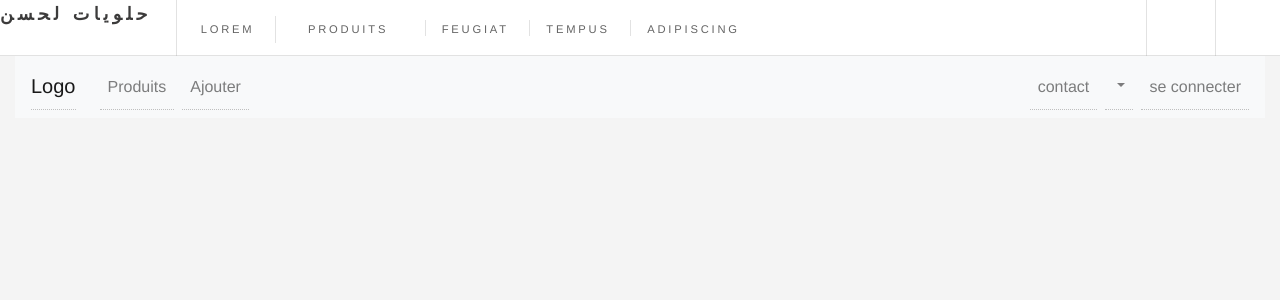
Repository: bouachibah/ProjetPatisserie
Page: http://localhost/template
An editor plug-in stored every save of this project. The page is shown before and after the next save, followed by the edit.
The browser window is 1280 px wide. The pictures show the whole page.
Some web libraries are served in a nearby version. The page is this project's Thymeleaf template; nobody is signed in. The template is opened directly, without the code that normally fills it, so the values that code supplies are empty.

Above is the page before, as saved 2021-03-16 08:03:49.
Console error: TypeError: Cannot read properties of undefined (reading 'fn')

### patesserie-app/src/main/resources/templates/template.html
<!DOCTYPE html>
<html xmlns:th="http://www.thymeleaf.org"
	xmlns:layout="http://www.ultraq.net.nz/thymeleaf/layout"
	xmlns:sec="https://www.thymeleaf.org/thymeleaf-extras-springsecurity5">
<head>
<meta charset="utf-8" />
<title>Insert title here</title>

<link
	href="//maxcdn.bootstrapcdn.com/bootstrap/4.1.1/css/bootstrap.min.css"
	rel="stylesheet" id="bootstrap-css">
<script
	src="//maxcdn.bootstrapcdn.com/bootstrap/4.1.1/js/bootstrap.min.js"></script>
<script
	src="//cdnjs.cloudflare.com/ajax/libs/jquery/3.2.1/jquery.min.js"></script>
<script
	src="//maxcdn.bootstrapcdn.com/bootstrap/4.1.1/js/bootstrap.min.js"></script>
<link href="https://fonts.googleapis.com/icon?family=Material+Icons"
	rel="stylesheet">
<script src='https://kit.fontawesome.com/a076d05399.js'></script>

<link href="../static/style.css" rel="stylesheet"
	th:href="@{/style.css}" />
</head>
<body class="is-preload">


	<div class="container-fluid">
		<nav class="navbar navbar-expand-lg navbar-light bg-light">
			<!-- Brand -->
			<a class="navbar-brand" th:href="@{/}">Logo</a>

			<!-- Links -->
			<ul class="navbar-nav">
				<li class="nav-item"><a class="nav-link" th:href="@{/product}">Produits</a>
				</li>
				<li class="nav-item"><a class="nav-link"
					th:href="@{/formProduit}">Ajouter</a></li>
			</ul>
			<ul class="navbar-nav ml-auto">
				<li class="nav-item"><a class="nav-link" href="#">contact</a></li>
				<li class="nav-item dropdown"><a
					class="nav-link dropdown-toggle" data-toggle="dropdown"> <span
						sec:authentication="name"></span>
				</a>
					<div class="dropdown-menu" sec:authorize="isAuthenticated()">
						<a class="dropdown-item" href="/logout">Se déconnecter</a> <a
							class="dropdown-item" href="changePassword">Change password</a> <a
							class="dropdown-item" href="#">Link 3</a>
					</div></li>
				<li class="nav-item" sec:authorize="isAnonymous()"><a
					href="/sso/login" class="nav-link">se connecter</a></li>
			</ul>
		</nav>
	</div>


	<div id="wrapper">

				<!-- Header -->
					<header id="header">
						<h2><a href="index.html">حلويات لحسن </a></h2>
						<nav class="links">
							<ul>
								<li><a href="#">Lorem</a></li>
								<li><a class="nav-link" th:href="@{/product}">Produits</a></li>
								<li><a href="#">Feugiat</a></li>
								<li><a href="#">Tempus</a></li>
								<li><a href="#">Adipiscing</a></li>
							</ul>
						</nav>
						<nav class="main">
							<ul>
								<li class="search">
									<a class="fa-search" href="#search">Search</a>
									<form id="search" method="get" action="#">
										<input type="text" name="query" placeholder="Search" />
									</form>
								</li>
								<li class="menu">
									<a class="fa-bars" href="#menu">Menu</a>
								</li>
							</ul>
						</nav>
					</header>

		</div>




<div class="container">
		<div layout:fragment="content"></div>
	</div>
</body>
</html>

<!--  <div class="dropdown-menu dropdown-menu-right aria-labelledby="navbarDrownMenuLink">
        <form  class="dropdown-item  action=""/ss/logout" id="logout-form style="display:none" method="post">
           <input type="hidden" th:name="${_csrf.parameterName}" th:value="${_csrf.token}" />
        </form>
        <a class="dropdown-item" href="#" onclick="document.getElementById('logout-form').submit()">logout</a>


        <a class="dropdown-item" href="/logout">logout</a>
        <a class="dropdown-item" href="#">Change password</a>
        <a class="dropdown-item" href="#">Link 3</a>
      </div> -->

Loaded but not shown: patesserie-app/src/main/resources/static/style.css (3615 lines, source omitted)

After the next save:
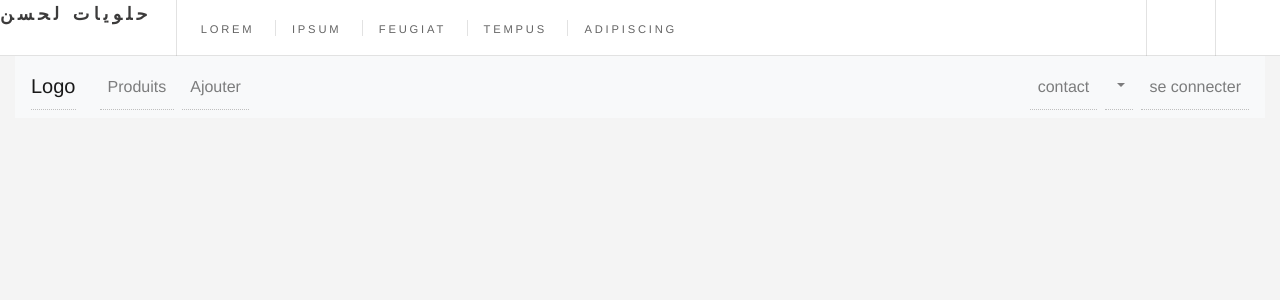
Saved 32 s later.
--- a/patesserie-app/src/main/resources/templates/template.html
+++ b/patesserie-app/src/main/resources/templates/template.html
@@ -22,7 +22,7 @@
 <link href="../static/style.css" rel="stylesheet"
 	th:href="@{/style.css}" />
 </head>
-<body class="is-preload">
+<body >
 
 
 	<div class="container-fluid">
@@ -63,7 +63,7 @@
 						<nav class="links">
 							<ul>
 								<li><a href="#">Lorem</a></li>
-								<li><a class="nav-link" th:href="@{/product}">Produits</a></li>
+								<li><a href="#">Ipsum</a></li>
 								<li><a href="#">Feugiat</a></li>
 								<li><a href="#">Tempus</a></li>
 								<li><a href="#">Adipiscing</a></li>
